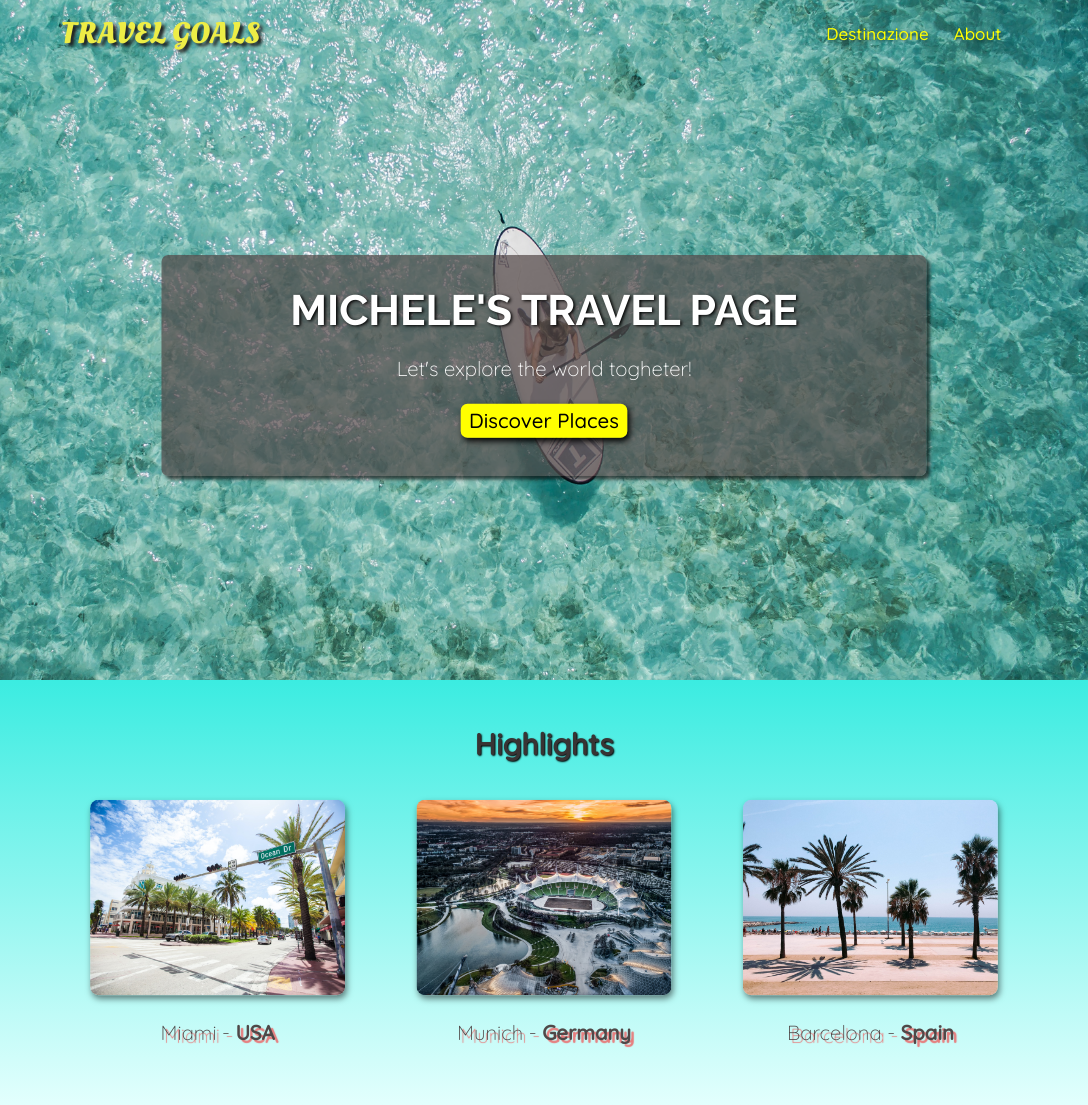
Repository: MicTomm/Travel-Goals
Page: index.html
An editor plug-in stored every save of this project. The page is shown before and after the next save, followed by the edit.
The browser window is 1280 px wide. The pictures show the whole page, at 85% of full size.

Above is the page before, as saved 2023-06-08 12:35:35.

### index.html
<!DOCTYPE html>
<html lang="it">

<head>
    <meta charset="UTF-8">
    <title>Travel Goals</title>
    <link rel="stylesheet"
        href="https://fonts.googleapis.com/css2?family=Raleway:wght@700&family=Oleo+Script:wght@700&family=Quicksand:wght@300;500&display=swap">
    <link href="styles/shared.css" rel="stylesheet">
    <link href="styles/main-page-style.css" rel="stylesheet">
</head>

<body>
    <header>
        <div id="logo">
            <a href="/index.html">Travel Goals</a>
        </div>
        <nav>
            <ul>
                <li><a href="/places.html">Destinazione</a></li>
                <li><a href="">About</a></li>
            </ul>
        </nav>
    </header>
    <main>
        <section id="hero-image-section">
            <div id="div-section1">
                <h1>Michele's Travel Page</h1>
                <p>Let's explore the world togheter!</p>
                <a href="/places.html">Discover Places</a>
            </div>
        </section>
        <section id="highlights">
            <h2>Highlights</h2>
            <ul id="destinations">
                <li>
                    <div class="destination">
                        <img src="images/places/miami.jpg" alt="Miami">
                        <p>Miami - <strong>USA</strong></p>
                    </div>
                </li>
                <li>
                    <div class="destination">
                        <img src="/images/places/munich.jpg" alt="Munich">
                        <p>Munich - <strong>Germany</strong></p>
                    </div>
                </li>
                <li>
                    <div class="destination">
                        <img src="/images/places/barcelona.jpg" alt="Barcelona">
                        <p>Barcelona - <strong>Spain</strong></p>
                    </div>
                </li>
            </ul>
        </section>
    </main>
    <footer></footer>
</body>

</html>

### styles/shared.css
body {
    margin: 0px;
    font-family: 'Quicksand', sans-serif;
}

ul {
    list-style: none;
    padding: 0px;
    margin: 0px;
}

header {
    display: flex;
    justify-content: space-between;
    align-items: center;
    padding: 15px 60px;
    position: absolute;
    width: 100%;
    top: 0;
    left: 0;
    box-sizing: border-box;
}

header ul {
    margin: 10px;
    display: flex;
    justify-content: space-between;
    width: 250px;
}

header li {
    width: 100px;
}

header a {
    color: yellow;
    text-decoration: none;
    font-size: 20px;
    padding: 12px;
    text-shadow: 1px 1px 4px rgba(0, 0, 0, 0.5);
}

header a:hover {
    background-color: yellow;
    box-shadow: 2px 2px 4px rgba(0, 0, 0, 0.5);
    color: rgb(67, 60, 60);
    text-shadow: 1px 1px 2px rgb(0, 0, 0, 0.5);
    border-radius: 8px;
}

#logo a {
    font-family: 'Oleo script', sans-serif;
    font-size: 35px;
    text-decoration: none;
    color: rgb(237, 237, 70);
    text-shadow: 4px 4px 4px rgb(31, 29, 29);
    text-transform: uppercase;
}

#logo a:hover {
    background-color: transparent;

}

### styles/main-page-style.css
#hero-image-section {
    text-align: center;
    background-image: url("/images/places/ocean.jpg");
    background-position: center;
    background-size: cover;
    height: 800px;
    /* padding-top: 100px; (alternativa per spostare div-section1 più in basso)*/
}

#div-section1 {
    background-color: rgba(82, 70, 70, 0.7);
    box-shadow: 4px 4px 4px rgba(18, 18, 18, 0.7);
    width: 900px;
    margin: 0px auto;
    padding: 35px 0 50px 0;
    border-radius: 8px;
    position: relative;
    top: 300px;
}

#div-section1 h1 {
    font-size: 50px;
    color: white;
    font-family: 'Raleway', sans-serif;
    text-shadow: 2px 2px 4px black;
    text-transform: uppercase;
    margin: 0px;
}

#div-section1 p {
    color: white;
    font-size: 24px;
    font-weight: 300;
    margin-bottom: 32px;
}

#div-section1 a{
 font-size: 24px;
 text-decoration: none;
 color: black;
 border-radius: 8px;
 background-color: yellow;
 padding: 5px 10px;
 box-shadow: 3px 4px 8px black;
}

#div-section1 a:hover{
    background-color: greenyellow;
    text-shadow: 1px 1px 2px rgba(0, 0, 0, 0.5);
}

#highlights{
    text-align: center;
    background: linear-gradient(0deg, rgb(227, 255, 253), rgb(59, 236, 225));
    padding: 24px  0px;
}

#highlights ul{
    display: flex;
    width: 90%;
    margin: auto;
    padding: 15px;
    margin-bottom: 40px;
    justify-content: space-around;

}

#highlights li{
    margin: 0px 20px 50px 20px;
}

#highlights img{

    height: 100%;
    width: 100%;
    box-shadow: 2px 4px 8px rgb(0, 0, 0, 0.5);
    border-radius: 10px;
    object-fit: cover;
}

#highlights h2{
    font-size: 35px;
    text-shadow: 1px 1px 2px black;
    color: rgb(56, 52, 52);
}

#highlights p{
    color: rgb(79, 72, 72);
    text-shadow: 4px 4px 1px rgb(230, 126, 126);
    font-size: 24px;
    font-weight: 300;
}

.destination{
    width: 300px;
    height: 230px;
}

After the next save:
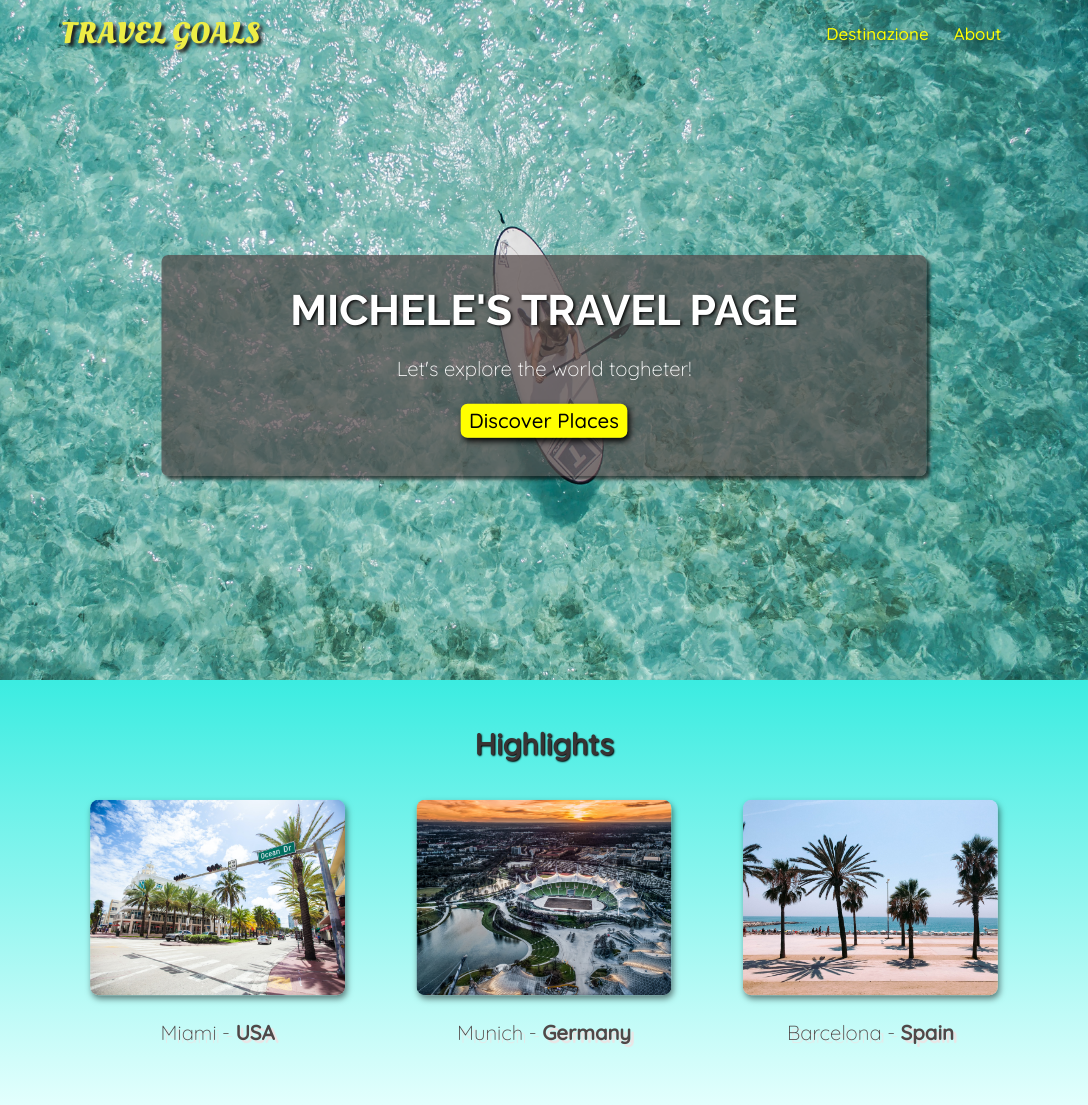
Saved 29 s later.
--- a/styles/main-page-style.css
+++ b/styles/main-page-style.css
@@ -86,7 +86,7 @@
 
 #highlights p{
     color: rgb(79, 72, 72);
-    text-shadow: 4px 4px 1px rgb(230, 126, 126);
+    text-shadow: 4px 4px 1px rgb(235, 229, 229);
     font-size: 24px;
     font-weight: 300;
 }
